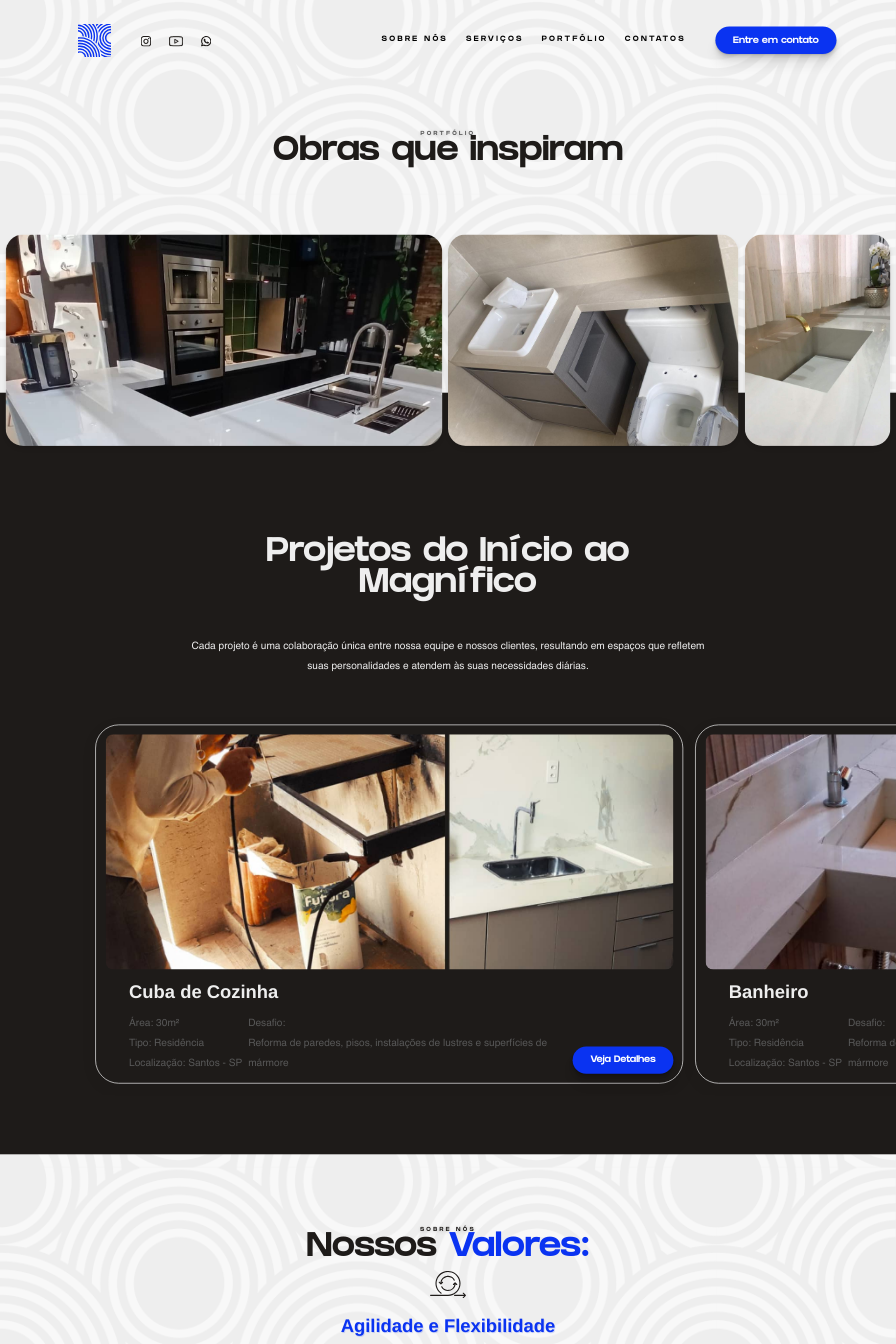
Repository: lucastdcs/ReforMar
Page: /portfolio
An editor plug-in stored every save of this project. The page is shown before and after the next save, followed by the edit.
The browser window is 1280 px wide. The pictures show the part of the page from y = 0 to 1920 px (the page is 6908 px tall before and 720 px after), at 70% of full size.
Backgrounds fixed to the window are drawn as part of the page. The project was rebuilt for these pictures with package versions that can differ from the ones it lists, and the page was loaded fresh each time. Also part of the build but not shown: vite.config.js, src/Pages/Contact.jsx, src/Pages/SobreNos.jsx.

Above is the page before, as saved 2024-12-13 15:46:05.

After the next save:
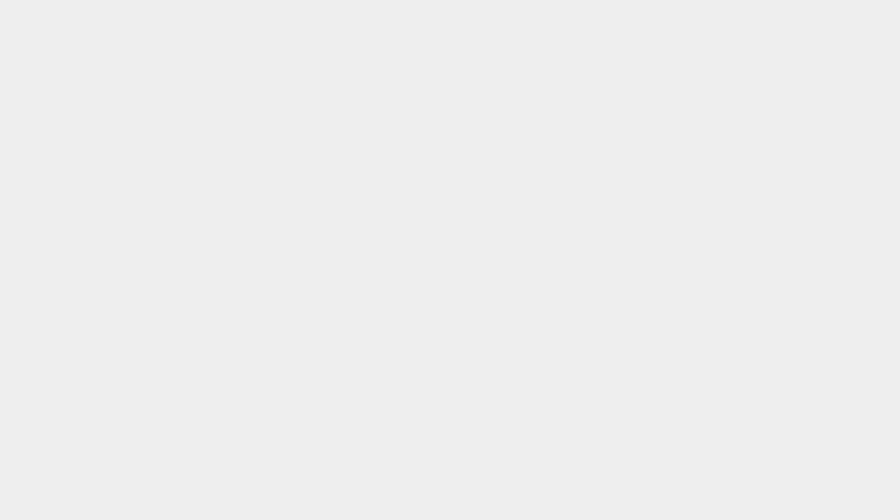
Console error: ReferenceError: extensions is not defined
Saved 4 s later.
--- a/src/utils/getImagesfromFolder.js
+++ b/src/utils/getImagesfromFolder.js
@@ -1,3 +1,4 @@
+extensions
 
 export const getImagesFromFolder = (folderName, amount) => {
   const imageCount = amount;

After the 5 saves that followed:
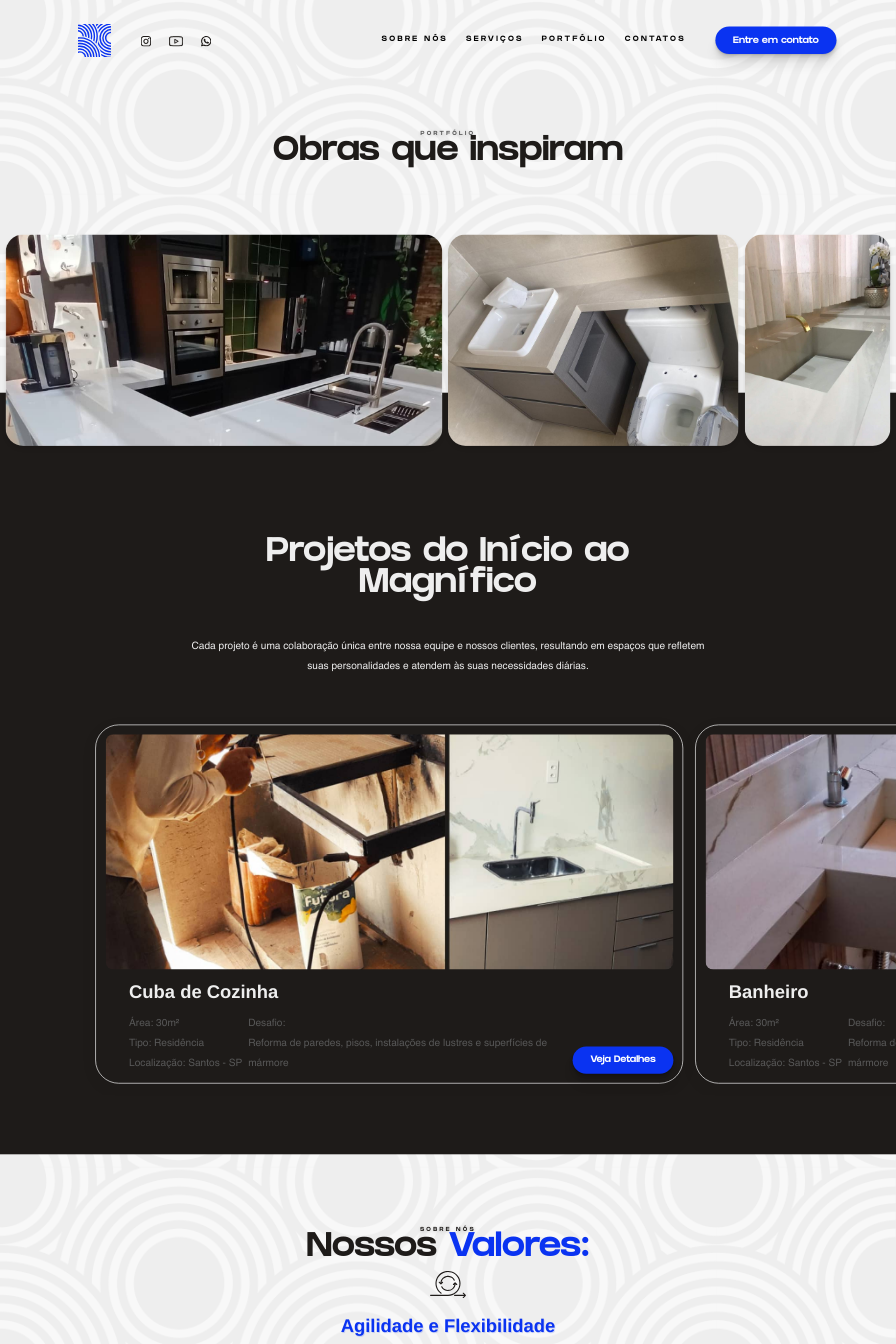
The error is gone.
The 5 saves are shown as one change because they came seconds apart.
The last was saved 11 s later.
--- a/src/utils/getImagesfromFolder.js
+++ b/src/utils/getImagesfromFolder.js
@@ -1,4 +1,4 @@
-extensions
+const extensions = ['jpeg']
 
 export const getImagesFromFolder = (folderName, amount) => {
   const imageCount = amount;
